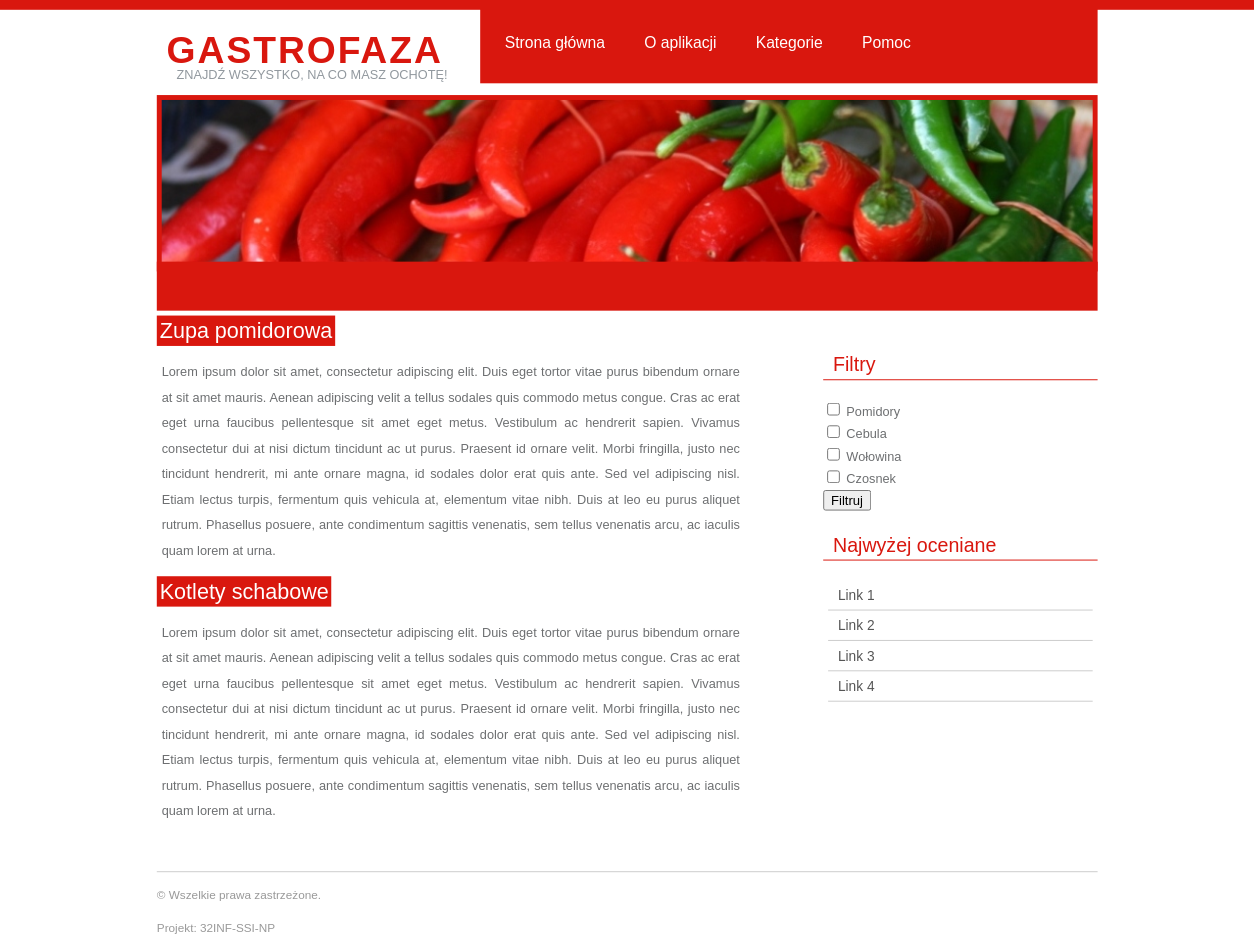
Repository: Michals1988/GroupProject
Page: index.html
The author's editor kept a copy of each file at every save. The page is drawn from the files as they stood at one save, then again after the next save.
The browser window is 1280 px wide. The pictures show the whole page, at 98% of full size.

Above is the page before, as saved 2020-10-25 17:33:35.

### index.html
<!DOCTYPE html
    PUBLIC "-//W3C//DTD XHTML 1.0 Transitional//EN" "http://www.w3.org/TR/xhtml1/DTD/xhtml1-transitional.dtd">
<html xmlns="http://www.w3.org/1999/xhtml">

<head>
    <meta http-equiv="Content-Type" content="text/html; charset=utf-8" />
    <title>Gastrofaza</title>

    <link rel="stylesheet" type="text/css" href="css/style.css" />

</head>

<body>

    <div id="wrapper">
        <div id="logo">
            <a href="#">
                <h1>Gastrofaza</h1>
                <p>Znajdź wszystko, na co masz ochotę!</p>
            </a>
        </div>
        <div id="menu">
            <ul>
                <li><a href="#">Strona główna</a></li>
                <li><a href="#">O aplikacji</a></li>
                <li><a href="#">Kategorie</a></li>
                <li><a href="#">Pomoc</a></li>
            </ul>
            <div id="search_top">
                <input type="text" value="Szukaj przepisu" />
            </div>
        </div>
        <div id="header">
            <img src="images/header.jpg" />
        </div>
        <div id="menu_top">
            <div id="container">
                <div id="content">
                    <span class="content_title">Zupa pomidorowa</span>
                    <p>
                        Lorem ipsum dolor sit amet, consectetur adipiscing elit. Duis eget tortor vitae purus bibendum
                        ornare at sit amet mauris. Aenean adipiscing velit a tellus sodales quis commodo metus congue.
                        Cras ac erat eget urna faucibus pellentesque sit amet eget metus. Vestibulum ac hendrerit
                        sapien. Vivamus consectetur dui at nisi dictum tincidunt ac ut purus. Praesent id ornare velit.
                        Morbi fringilla, justo nec tincidunt hendrerit, mi ante ornare magna, id sodales dolor erat quis
                        ante. Sed vel adipiscing nisl. Etiam lectus turpis, fermentum quis vehicula at, elementum vitae
                        nibh. Duis at leo eu purus aliquet rutrum. Phasellus posuere, ante condimentum sagittis
                        venenatis, sem tellus venenatis arcu, ac iaculis quam lorem at urna.
                    </p>
                    <span class="content_title">Kotlety schabowe</span>
                    <p>
                        Lorem ipsum dolor sit amet, consectetur adipiscing elit. Duis eget tortor vitae purus bibendum
                        ornare at sit amet mauris. Aenean adipiscing velit a tellus sodales quis commodo metus congue.
                        Cras ac erat eget urna faucibus pellentesque sit amet eget metus. Vestibulum ac hendrerit
                        sapien. Vivamus consectetur dui at nisi dictum tincidunt ac ut purus. Praesent id ornare velit.
                        Morbi fringilla, justo nec tincidunt hendrerit, mi ante ornare magna, id sodales dolor erat quis
                        ante. Sed vel adipiscing nisl. Etiam lectus turpis, fermentum quis vehicula at, elementum vitae
                        nibh. Duis at leo eu purus aliquet rutrum. Phasellus posuere, ante condimentum sagittis
                        venenatis, sem tellus venenatis arcu, ac iaculis quam lorem at urna.
                    </p>
                </div>
                <div id="sidebar">
                    <div class="sidebar_title">Filtry</div>
                    <div class="input_wrapper">
                        <input type="checkbox">
                        <label for="">Pomidory</label>
                    </div>
                    <div class="input_wrapper">
                        <input type="checkbox">
                        <label for="">Cebula</label>
                    </div>
                    <div class="input_wrapper">
                        <input type="checkbox">
                        <label for="">Wołowina</label>
                    </div>
                    <div class="input_wrapper">
                        <input type="checkbox">
                        <label for="">Czosnek</label>
                    </div>
                    <button id="filter_button">Filtruj</button>
                    <div class="sidebar_title">Najwyżej oceniane</div>
                    <ul>
                        <li><a href="#">Link 1</a></li>
                        <li><a href="#">Link 2</a></li>
                        <li><a href="#">Link 3</a></li>
                        <li><a href="#">Link 4</a></li>
                    </ul>
                </div>
            </div>
            <div id="foot">
                <p>&copy Wszelkie prawa zastrzeżone. <p>Projekt: 32INF-SSI-NP</p>
            </div>
        </div>
</body>

</html>

### css/style.css
body {
	font-family: Arial, Helvetica, sans-serif;
	font-size: 13px;
	color: #6d6f71;
	text-align: center;
	background: url(../images/bg.png) repeat-x;
}

#wrapper {
	width: 960px;
	margin: 15px auto;
	text-align: left;
}

a {
	color: #d9170e;
	text-decoration: none;
}

a:hover {
	text-decoration: underline;
}

#logo {
	float: left;
	margin-left: 10px;
	margin-top: -10px;
	padding: 0;
}

#logo a,
#logo a:hover {
	text-decoration: none;
}

#logo h1 {
	font-size: 38px;
	font-weight: bold;
	text-transform: uppercase;
	letter-spacing: 2px;
	color: #d9170e;
	font-family: Arial, Helvetica, sans-serif;
}

#logo p {
	font-size: 13px;
	color: #91989e;
	text-transform: uppercase;
	margin-top: -30px;
	padding-left: 10px;
}

#menu {
	width: 630px;
	height: 80px;
	float: right;
	margin-top: -10px;
	margin-left: 20px;
	background: url(../images/bg.png);
}

#menu ul {
	list-style: none;
	margin: 0;
	padding: 5px 5px 5px 5px;
}

#menu li {
	display: block;
	float: left;
}

#menu a {
	color: #fff;
	font-size: 16px;
	display: block;
	float: left;
	margin-top: -5px;
	padding: 30px 20px 20px 20px;
	text-decoration: none;
}

#menu a:hover {
	background: #fff;
	color: #d9170e;

}

#search_top {
	float: right;
	margin-right: 30px;
	padding-top: 20px;
}

#search_top input {
	padding: 5px;
	border: 0px;
}

#header {
	float: left;
	width: 960px;
	height: 175px;
	background: url(../images/bg.png);
	text-align: center;
	padding-top: 5px;
}

#title_head {
	float: left;
	padding-top: 30px;
	padding-left: 550px;
	color: #333333;
	font-size: 24px;
}

#menu_top {
	width: 960px;
	height: 50px;
	float: left;
	margin-top: -10px;
	background: url(../images/bg.png);
}

#menu_top a {
	color: #fff;
	font-size: 16px;
	display: block;
	float: left;
	padding: 10px 10px 10px 10px;
	text-decoration: none;
}

#menu_top a:hover {
	background: #fff;
	color: #d9170e;
}

#container {
	float: left;
	margin-bottom: 30px;
	margin-top: 60px;
	width: 960px;
}

#content {
	float: left;
	width: 600px;
	text-align: justify;
	line-height: 22px;
}

#content p {
	text-align: justify;
	line-height: 26px;
	padding: 5px;
}

.content_title {
	padding: 3px;
	font-size: 22px;
	font-weight: normal;
	color: #FFF;
	background: url(../images/bg.png);
}

h2 {
	font-size: 20px;
	font-weight: normal;
	color: #6d8b44;
}

#sidebar {
	float: right;
	width: 280px;
	line-height: 22px;
	text-align: justify;
	margin-top: 10px;
}

#sidebar ul {
	list-style: none;
	margin: 0;
	padding: 5px 5px 5px 5px;
}

#sidebar li {
	display: block;
	float: left;
	width: 270px;
	border-bottom: 1px solid #CCC;
}

#sidebar a {
	color: #555;
	font-size: 14px;
	display: block;
	float: left;
	padding: 4px 0px 4px 10px;
	text-decoration: none;

}

#sidebar a:hover {
	color: #d9170e;
	margin-left: 10px;
	-webkit-border-radius: 5px;
	-khtml-border-radius: 5px;
	-moz-border-radius: 5px;
	border-radius: 5px;
}

.sidebar_title {
	margin: 20px auto;
	width: 270px;
	font-size: 20px;
	font-weight: normal;
	color: #d9170e;
	float: left;
	padding: 4px 0px 4px 10px;
	border-bottom: 1px solid #d9170e;
}

#sidebar p {
	padding: 5px;
}

#foot {
	width: 960px;
	float: left;
	border-top: 1px solid #CCC;
	font-size: 12px;
	color: #999;
	line-height: 22px;
	padding: 0;
	margin: 0;
}

#foot a {
	font-size: 12px;
	color: #d9170e;
	padding: 0;
	margin: 0;
}

After the next save:
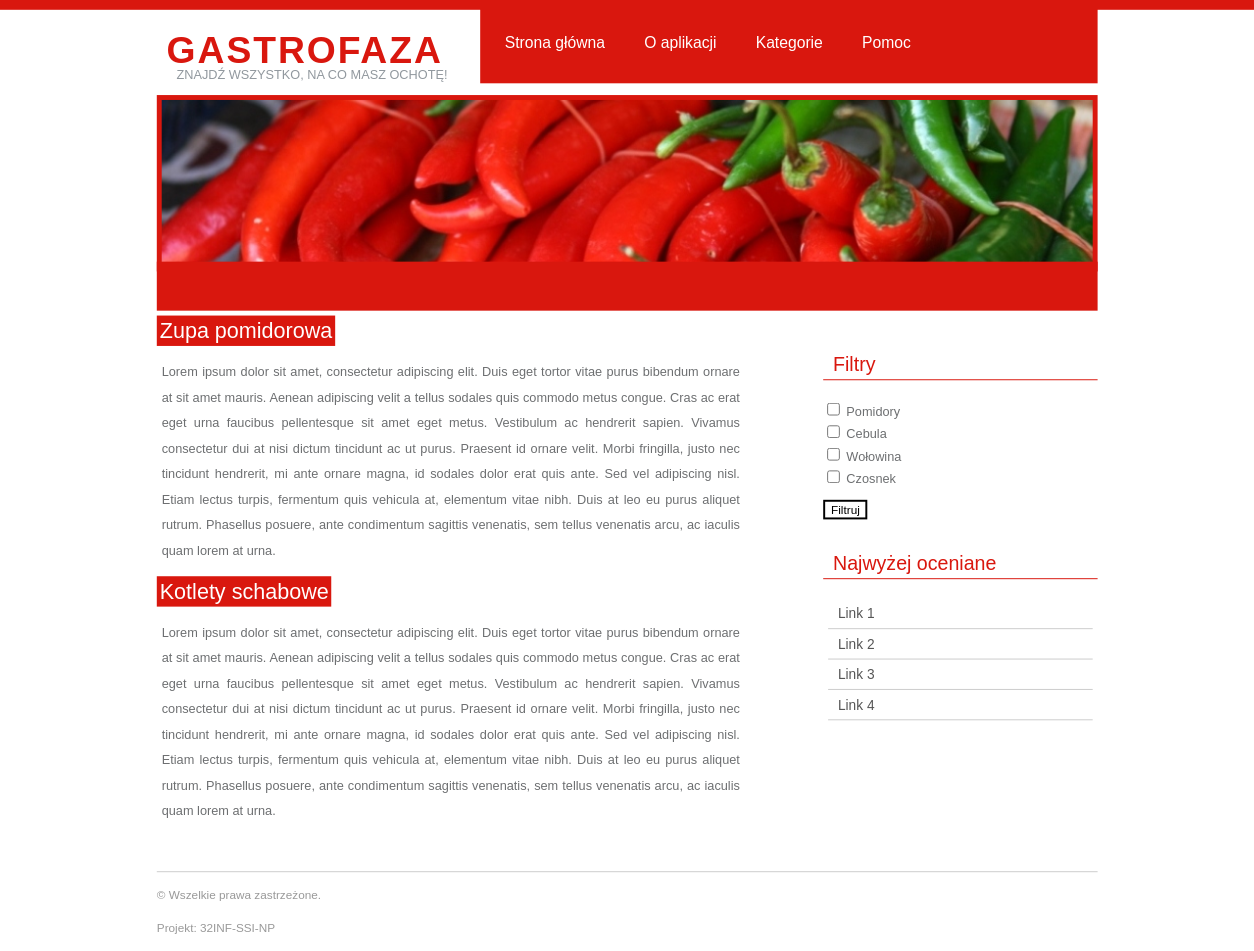
Saved 76 s later.
--- a/css/style.css
+++ b/css/style.css
@@ -225,6 +225,13 @@ h2 {
 	padding: 5px;
 }
 
+#filter_button {
+	margin: 10px auto;
+	background-color: #fff;
+	border: 2px solid black;
+	font-size: 12px;
+}
+
 #foot {
 	width: 960px;
 	float: left;
